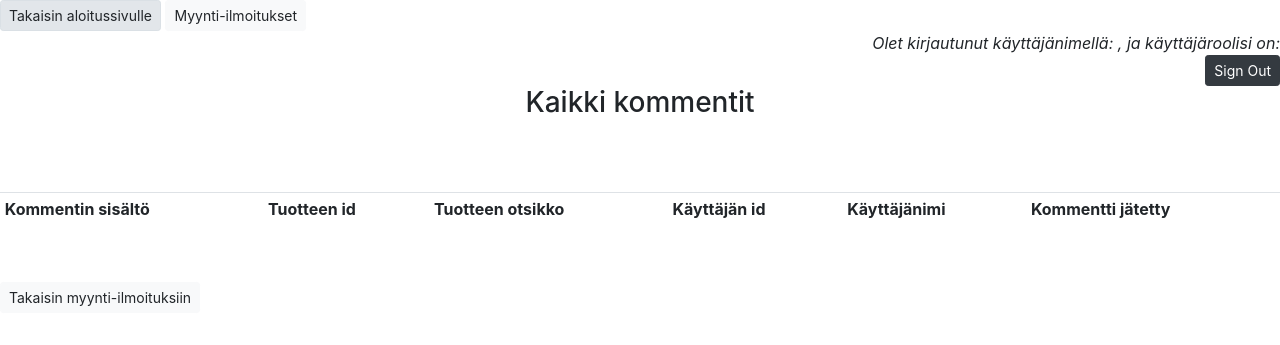
Repository: LiljestromNadja/Backend_s2023_harjoitustyo
Page: http://localhost/allComments
The author's editor kept a copy of each file at every save. The page is drawn from the files as they stood at one save, then again after the next save.
The browser window is 1280 px wide. The pictures show the whole page.
The page is this project's Thymeleaf template; nobody is signed in. The template is opened directly, without the code that normally fills it, so the values that code supplies are empty.

Above is the page before, as saved 2023-11-10 16:21:57.

After the next save:
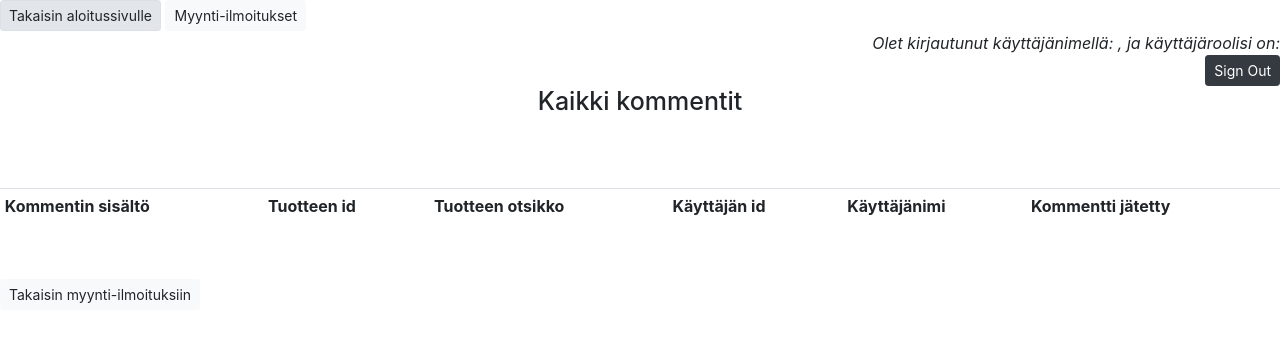
Saved 48 s later.
--- a/harkkas23v02/src/main/resources/templates/allComments.html
+++ b/harkkas23v02/src/main/resources/templates/allComments.html
@@ -23,7 +23,7 @@
 			</form>
 
 		</div>
-		<h3 style="text-align: center">Kaikki kommentit</h3>
+		<h1 style="text-align: center; font-size:25px ">Kaikki kommentit</h1>
 
 		<div style="clear: both; display: block; height: 40px;"></div>
 
